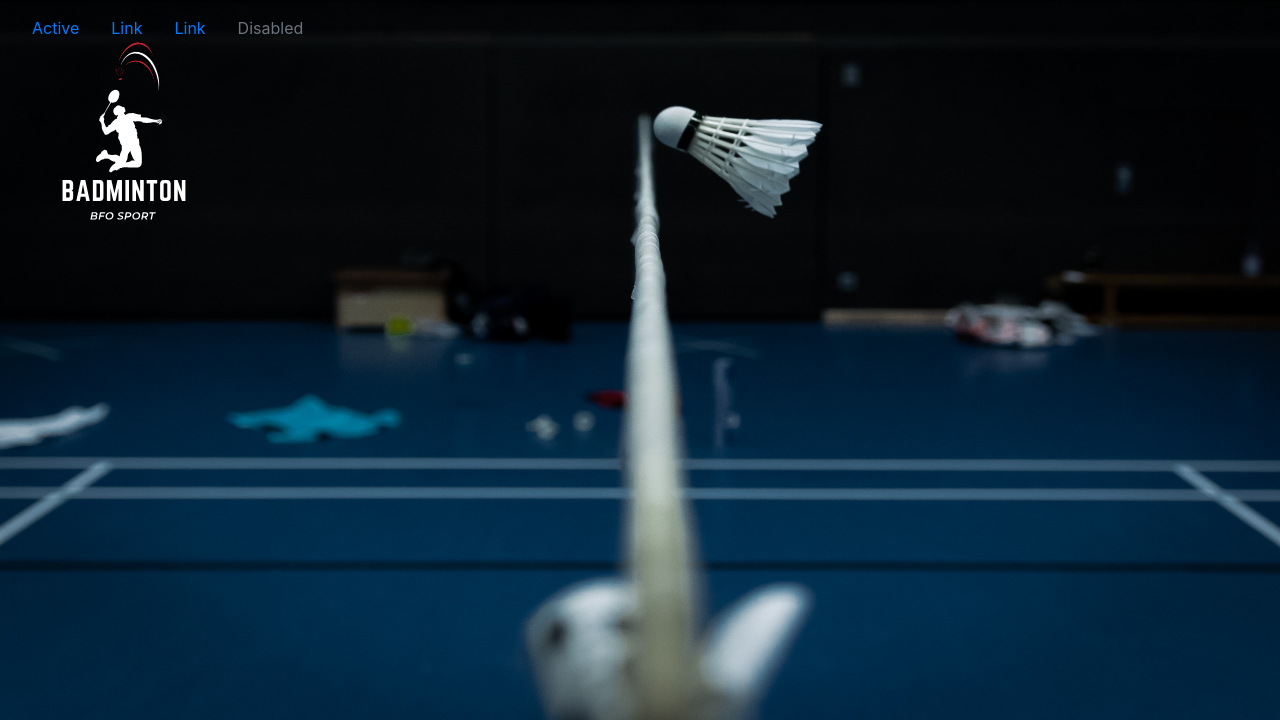
Repository: tsthuy/Badminton
Page: index.html
These files come from the project's save history. The page is drawn as it stood at one moment and after the next save; the edit follows.
The browser window is 1280 px wide. The pictures show the whole page.
Some web libraries are served in a nearby version.

Above is the page before, as saved 2023-10-13 20:52:34.

### index.html
<!DOCTYPE html>
<html lang="en">
<head>
    <meta charset="UTF-8">
    <meta name="viewport" content="width=device-width, initial-scale=1.0">
    <link rel="stylesheet" href="https://cdn.jsdelivr.net/npm/bootstrap@4.0.0/dist/css/bootstrap.min.css" integrity="sha384-Gn5384xqQ1aoWXA+058RXPxPg6fy4IWvTNh0E263XmFcJlSAwiGgFAW/dAiS6JXm" crossorigin="anonymous">
    <link rel="stylesheet" href="main.css">

    <title>Badminton</title>
</head>
<body>
<div class="">
    <img class="logo" src="./Image/sport center (1).svg" />
</div>
<nav class="navbar navbar-expand-lg navbar-light bg-light " style="background-color: transparent !important;
">
  <button class="navbar-toggler" type="button" data-toggle="collapse"
   data-target="#navbarSupportedContent" aria-controls="navbarSupportedContent"
    aria-expanded="false" aria-label="Toggle navigation">
    <span class="navbar-toggler-icon"></span>
  </button>

  <!-- <div class="collapse navbar-collapse" id="navbarSupportedContent"> -->
    <!-- <ul class="navbar-nav mr-auto nav_center">
      <li class="nav-item active">
        <a style="color: aliceblue;" class="nav-link nav_title" href="#">Home <span class="sr-only">(current)</span></a>
      </li>
      <li class="nav-item">
        <a style="color: aliceblue;" class="nav-link" href="#">Link</a>
      </li>
      <li class="nav-item dropdown">
        <a style="color: aliceblue;" class="nav-link dropdown-toggle" href="#" id="navbarDropdown" role="button" data-toggle="dropdown" aria-haspopup="true" aria-expanded="false">
          Dropdown
        </a>
        <div style="color: aliceblue;" class="dropdown-menu" aria-labelledby="navbarDropdown">
          <a class="dropdown-item" href="#">Action</a>
          <a class="dropdown-item" href="#">Another action</a>
          <div class="dropdown-divider"></div>
          <a class="dropdown-item" href="#">Something else here</a>
        </div>
      </li>
      <li class="nav-item">
        <a style="color: aliceblue;" class="nav-link disabled" href="#">Disabled</a>
      </li>
    </ul> -->

<ul class="nav justify-content-center">
  <li class="nav-item">
    <a class="nav-link active" href="#">Active</a>
  </li>
  <li class="nav-item">
    <a class="nav-link" href="#">Link</a>
  </li>
  <li class="nav-item">
    <a class="nav-link" href="#">Link</a>
  </li>
  <li class="nav-item">
    <a class="nav-link disabled" href="#">Disabled</a>
  </li>
</ul>
    <!-- <form class="form-inline my-2 my-lg-0">
      <input class="form-control mr-sm-2" type="search" placeholder="Search" aria-label="Search">
      <button class="btn btn-outline-success my-2 my-sm-0" type="submit">Search</button>
    </form> -->
  <!-- </div> -->
</nav>
   <div class="background_cover">

    <img class="bg_img" src="./Image/stephan-rothe-VePgmkq3hHI-unsplash.jpg" alt="" style="">
   </div>

</body>

<script src="https://code.jquery.com/jquery-3.2.1.slim.min.js" integrity="sha384-KJ3o2DKtIkvYIK3UENzmM7KCkRr/rE9/Qpg6aAZGJwFDMVNA/GpGFF93hXpG5KkN" crossorigin="anonymous"></script>
<script src="https://cdn.jsdelivr.net/npm/popper.js@1.12.9/dist/umd/popper.min.js" integrity="sha384-ApNbgh9B+Y1QKtv3Rn7W3mgPxhU9K/ScQsAP7hUibX39j7fakFPskvXusvfa0b4Q" crossorigin="anonymous"></script>
<script src="https://cdn.jsdelivr.net/npm/bootstrap@4.0.0/dist/js/bootstrap.min.js" integrity="sha384-JZR6Spejh4U02d8jOt6vLEHfe/JQGiRRSQQxSfFWpi1MquVdAyjUar5+76PVCmYl" crossorigin="anonymous"></script>
    </script>
</html>

### main.css
.logo
{
    width: 300px;
   position: absolute;
   left: -26px;
   top: 0;
}
.bg_img
{
    height: 100vh;
    width: 100%;
    margin-top: -56px;
}

.nav_center
{
    display: flex;
    justify-content: center;
}

After the next save:
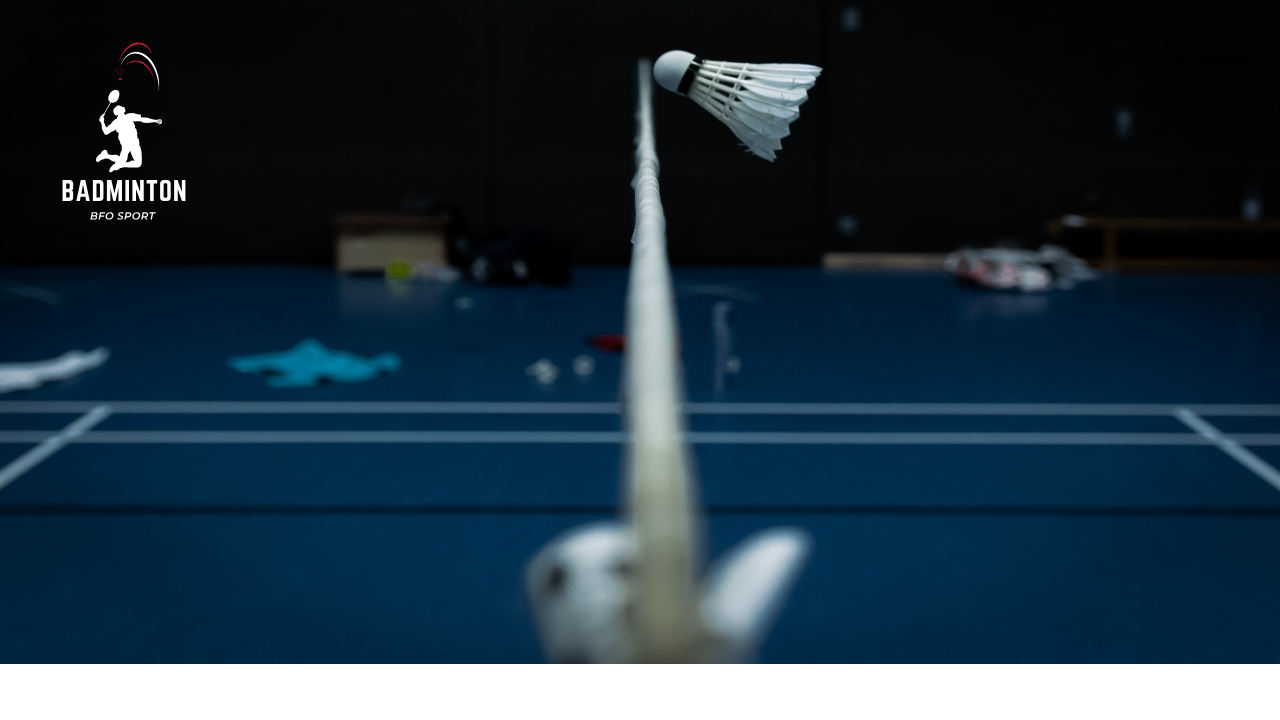
Saved 18 s later.
--- a/index.html
+++ b/index.html
@@ -12,58 +12,7 @@
 <div class="">
     <img class="logo" src="./Image/sport center (1).svg" />
 </div>
-<nav class="navbar navbar-expand-lg navbar-light bg-light " style="background-color: transparent !important;
-">
-  <button class="navbar-toggler" type="button" data-toggle="collapse"
-   data-target="#navbarSupportedContent" aria-controls="navbarSupportedContent"
-    aria-expanded="false" aria-label="Toggle navigation">
-    <span class="navbar-toggler-icon"></span>
-  </button>
 
-  <!-- <div class="collapse navbar-collapse" id="navbarSupportedContent"> -->
-    <!-- <ul class="navbar-nav mr-auto nav_center">
-      <li class="nav-item active">
-        <a style="color: aliceblue;" class="nav-link nav_title" href="#">Home <span class="sr-only">(current)</span></a>
-      </li>
-      <li class="nav-item">
-        <a style="color: aliceblue;" class="nav-link" href="#">Link</a>
-      </li>
-      <li class="nav-item dropdown">
-        <a style="color: aliceblue;" class="nav-link dropdown-toggle" href="#" id="navbarDropdown" role="button" data-toggle="dropdown" aria-haspopup="true" aria-expanded="false">
-          Dropdown
-        </a>
-        <div style="color: aliceblue;" class="dropdown-menu" aria-labelledby="navbarDropdown">
-          <a class="dropdown-item" href="#">Action</a>
-          <a class="dropdown-item" href="#">Another action</a>
-          <div class="dropdown-divider"></div>
-          <a class="dropdown-item" href="#">Something else here</a>
-        </div>
-      </li>
-      <li class="nav-item">
-        <a style="color: aliceblue;" class="nav-link disabled" href="#">Disabled</a>
-      </li>
-    </ul> -->
-
-<ul class="nav justify-content-center">
-  <li class="nav-item">
-    <a class="nav-link active" href="#">Active</a>
-  </li>
-  <li class="nav-item">
-    <a class="nav-link" href="#">Link</a>
-  </li>
-  <li class="nav-item">
-    <a class="nav-link" href="#">Link</a>
-  </li>
-  <li class="nav-item">
-    <a class="nav-link disabled" href="#">Disabled</a>
-  </li>
-</ul>
-    <!-- <form class="form-inline my-2 my-lg-0">
-      <input class="form-control mr-sm-2" type="search" placeholder="Search" aria-label="Search">
-      <button class="btn btn-outline-success my-2 my-sm-0" type="submit">Search</button>
-    </form> -->
-  <!-- </div> -->
-</nav>
    <div class="background_cover">
 
     <img class="bg_img" src="./Image/stephan-rothe-VePgmkq3hHI-unsplash.jpg" alt="" style="">
